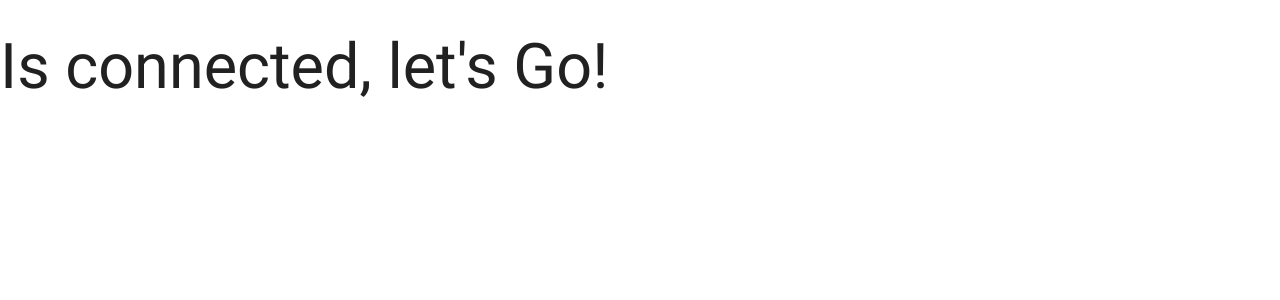
Repository: pazcm/cook-book
Page: http://localhost/
The author's editor kept a record of every edit. The page is drawn from the files as they stood at one moment, then again after the next edit.
The browser window is 1280 px wide. The pictures show the whole page.
The page is served by the project's application, run on Flask 3 (app.py). Queries for data that is not in the repository find no rows.

Above is the page before.

### templates/recipes.html
{% extends 'base.html' %}
{% block content %}
        {% for recipe in recipes %}
            {{recipe.name}}
            {{recipe.description}}
            {{recipe.author}}
            {{recipe.category}}
            {{recipe.cusine}}
            {{recipe.serves}}
            {{recipe.readyIn}}
            {{recipe.difficulty}}
            {{recipe.ingredients}}
            {{recipe.instructions}}
            {{recipe.tips}}
        {% endfor %}
{% endblock %}

### templates/base.html
<!DOCTYPE html>
<html>
    <head>
        <link rel="stylesheet" href="https://cdnjs.cloudflare.com/ajax/libs/materialize/1.0.0/css/materialize.min.css">


        <link href="https://fonts.googleapis.com/icon?family=Material+Icons" rel="stylesheet">
    <link rel="stylesheet" href="https://cdnjs.cloudflare.com/ajax/libs/materialize/0.100.2/css/materialize.min.css">

    </head>
    <body>
        <script src="https://cdnjs.cloudflare.com/ajax/libs/materialize/1.0.0/js/materialize.min.js"></script>
        <h1>Is connected, let's Go!</h1>
        {% block content %}
        {% endblock %}
    </body>
</html>

### app.py
import os
from flask import Flask, render_template, redirect, request, url_for
from flask_pymongo import PyMongo
from bson.objectid import ObjectId

app = Flask(__name__)
app.config["MONGO_DBNAME"] = 'cook-book-db'
app.config["MONGO_URI"] = 'mongodb+srv://root:r00tUser@cluster2-6phdr.mongodb.net/cook-book-db?retryWrites=true&w=majority'

mongo = PyMongo(app)


@app.route('/')
@app.route('/get_recipes')
def get_recipe():
    return render_template("recipes.html", recipes=mongo.db.recipes.find())


if __name__ == '__main__':
    app.run(host=os.environ.get('IP'),
            port=int(os.environ.get('PORT')),
            debug=True)

After the next edit:
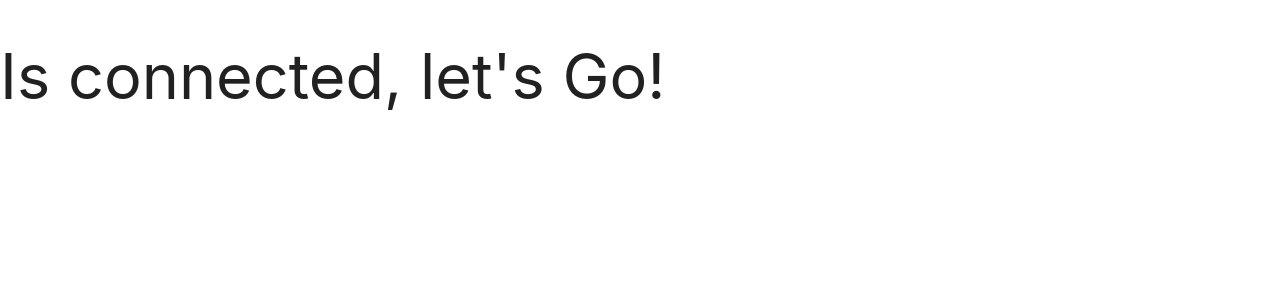
The edit:
--- a/templates/base.html
+++ b/templates/base.html
@@ -4,8 +4,8 @@
         <link rel="stylesheet" href="https://cdnjs.cloudflare.com/ajax/libs/materialize/1.0.0/css/materialize.min.css">
 
 
-        <link href="https://fonts.googleapis.com/icon?family=Material+Icons" rel="stylesheet">
-    <link rel="stylesheet" href="https://cdnjs.cloudflare.com/ajax/libs/materialize/0.100.2/css/materialize.min.css">
+
+
 
     </head>
     <body>
